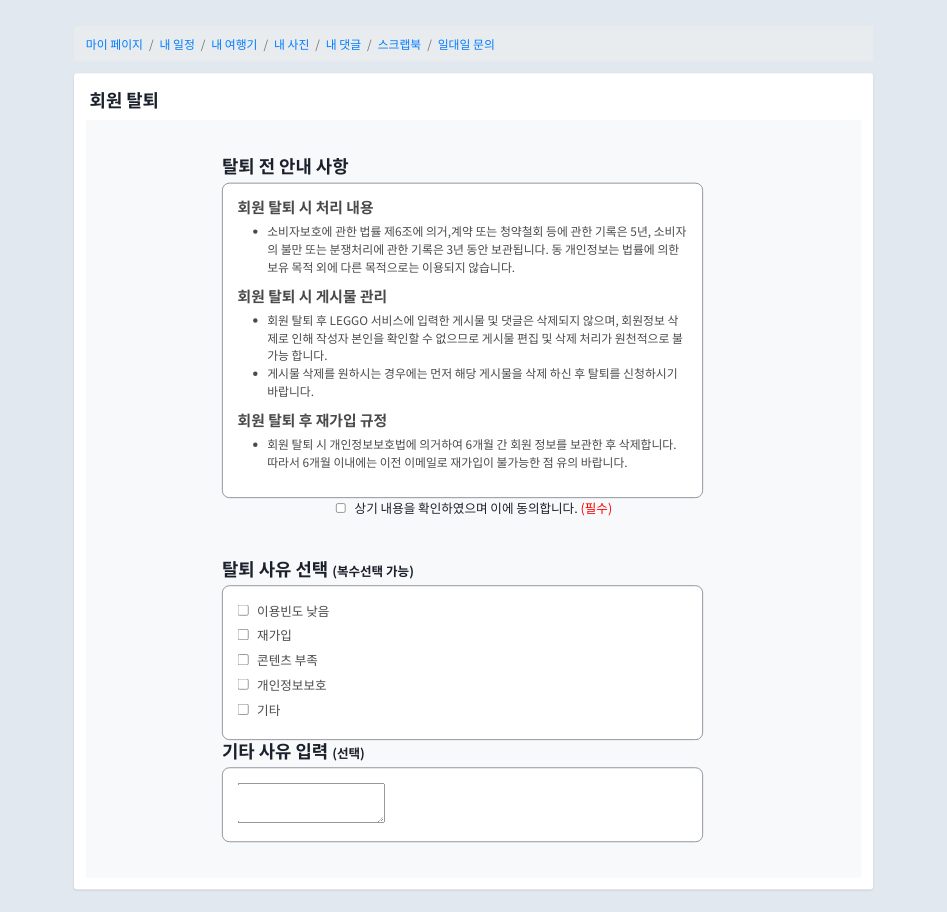
Repository: jangseohyun/LEGGO_2021
Page: http://localhost/PrjApp/Quit.jsp
An editor plug-in stored every save of this project. The page is shown before and after the next save, followed by the edit.
The browser window is 1280 px wide. The pictures show the whole page, at 74% of full size.
Some web libraries are served in a nearby version. The page is served by Tomcat 9. Other server files are loaded and not shown.

Above is the page before, as saved 2021-06-30 14:43:48.

### PrjApp/WebContent/Quit.jsp
<%@ page contentType="text/html; charset=UTF-8"%>
<%@ taglib prefix="c" uri="http://java.sun.com/jsp/jstl/core"%>
<%
	request.setCharacterEncoding("UTF-8");
String cp = request.getContextPath();
%>
<!DOCTYPE html>
<head>
<meta charset="utf-8">
<!--  This file has been downloaded from bootdey.com @bootdey on twitter -->
<!--  All snippets are MIT license http://bootdey.com/license -->
<title>Quit.jsp</title>
<meta name="viewport" content="width=device-width, initial-scale=1">
<script src="https://code.jquery.com/jquery-1.10.2.min.js"></script>
<link
	href="https://cdn.jsdelivr.net/npm/bootstrap@4.4.1/dist/css/bootstrap.min.css"
	rel="stylesheet">
<script
	src="https://cdn.jsdelivr.net/npm/bootstrap@4.4.1/dist/js/bootstrap.bundle.min.js"></script>
<link rel="preconnect" href="https://fonts.googleapis.com">
<link rel="preconnect" href="https://fonts.gstatic.com" crossorigin>
<link
	href="https://fonts.googleapis.com/css2?family=Noto+Sans+KR:wght@400;700&display=swap"
	rel="stylesheet">
</head>
<body>
	<div class="container">
		<div class="main-body">

			<!-- 상단 메뉴 -->
			<nav aria-label="breadcrumb" class="main-breadcrumb">
				<ol class="breadcrumb">
					<li class="breadcrumb-item" aria-current="page"><a
						href="/PrjApp/Profile.jsp">마이 페이지</a></li>
					<li class="breadcrumb-item"><a href="/PrjApp/MyPlan.jsp">내
							일정</a></li>
					<li class="breadcrumb-item"><a href="">내 여행기</a></li>
					<li class="breadcrumb-item"><a href="">내 사진</a></li>
					<li class="breadcrumb-item"><a href="">내 댓글</a></li>
					<li class="breadcrumb-item"><a href="">스크랩북</a></li>
					<li class="breadcrumb-item"><a href="">일대일 문의</a></li>
				</ol>
			</nav>

			<!-- 회원 탈퇴 -->
			<div class="card mb-3">
				<div class="card-body">
					<h4 style="display: inline-block; font-weight: bold; padding: 5px;">회원
						탈퇴</h4>
					<div class="album py-5 bg-light">
						<div class="container row justify-content-center">
							<div class="quit_box">
								<h4 style="clear: right; font-weight: bold;">탈퇴 전 안내 사항</h4>
							</div>
							<span class="border border-secondary"
								style="padding: 20px; width: 650px; background-color: white; border-radius: 10px;">
								<h5 style="font-weight: bold;">회원 탈퇴 시 처리 내용</h5>
								<ul>
									<li>소비자보호에 관한 법률 제6조에 의거,계약 또는 청약철회 등에 관한 기록은 5년, 소비자의 불만
										또는 분쟁처리에 관한 기록은 3년 동안 보관됩니다. 동 개인정보는 법률에 의한 보유 목적 외에 다른 목적으로는
										이용되지 않습니다.</li>
								</ul>
								<h5 style="font-weight: bold;">회원 탈퇴 시 게시물 관리</h5>
								<ul>
									<li>회원 탈퇴 후 LEGGO 서비스에 입력한 게시물 및 댓글은 삭제되지 않으며, 회원정보 삭제로 인해
										작성자 본인을 확인할 수 없으므로 게시물 편집 및 삭제 처리가 원천적으로 불가능 합니다.</li>
									<li>게시물 삭제를 원하시는 경우에는 먼저 해당 게시물을 삭제 하신 후 탈퇴를 신청하시기 바랍니다.</li>
								</ul>
								<h5 style="font-weight: bold;">회원 탈퇴 후 재가입 규정</h5>
								<ul>
									<li>회원 탈퇴 시 개인정보보호법에 의거하여 6개월 간 회원 정보를 보관한 후 삭제합니다. 따라서
										6개월 이내에는 이전 이메일로 재가입이 불가능한 점 유의 바랍니다.</li>
								</ul>
							</span>
						</div>
						<div class="text-center">
							<label style="font-size: 17px;"> <input type="checkbox"
								id="agreecheck" style="width: 15px; height: 13px;"
								value="agreed">&nbsp;&nbsp; 상기 내용을 확인하였으며 이에 동의합니다. <span
								style="color: red;">(필수)</span></label>
						</div><br><br>
						<div class="container row justify-content-center">
							<div class="quit_box">
								<h4 style="clear: right; font-weight: bold;">탈퇴 사유 선택 <span style="font-size: 17px;">(복수선택 가능)</span></h4>
							</div>
							<span class="border border-secondary"
								style="padding: 20px; width: 650px; background-color: white; border-radius: 10px;">
								 <label style="font-size: 17px;">
								 	<input type="checkbox" id="agreecheck" style="width: 15px; height: 15px;" value="agreed">&nbsp;&nbsp;
								 	이용빈도 낮음
								 </label><br>
								 <label style="font-size: 17px;">
								 	<input type="checkbox" id="agreecheck" style="width: 15px; height: 15px;" value="agreed">&nbsp;&nbsp;
								 	재가입
								 </label><br>
								 <label style="font-size: 17px;">
								 	<input type="checkbox" id="agreecheck" style="width: 15px; height: 15px;" value="agreed">&nbsp;&nbsp;
								 	콘텐츠 부족
								 </label><br>
								 <label style="font-size: 17px;">
								 	<input type="checkbox" id="agreecheck" style="width: 15px; height: 15px;" value="agreed">&nbsp;&nbsp;
								 	개인정보보호
								 </label><br>
								 <label style="font-size: 17px;">
								 	<input type="checkbox" id="agreecheck" style="width: 15px; height: 15px;" value="agreed">&nbsp;&nbsp;
								 	기타
								 </label>
							</span>
						</div>
						<div class="container row justify-content-center">
							<div class="quit_box">
								<h4 style="clear: right; font-weight: bold;">기타 사유 입력 <span style="font-size: 17px;">(선택)</span></h4>
							</div>
							<span class="border border-secondary"
								style="padding: 20px; width: 650px; background-color: white; border-radius: 10px;">
								<textarea width="500"></textarea>
							</span>
						</div>
					</div>
				</div>
			</div>
		</div>
	</div>

<style type="text/css">

body {
	margin-top: 20px;
	color: #1a202c;
	text-align: left;
	background-color: #e2e8f0;
	font-family: 'Noto Sans KR', sans-serif;
}

.quit_box {
	width: 650px;
}

.border {
	color: #4a4a4a;
}

.main-body {
	padding: 15px;
}

.card {
	box-shadow: 0 1px 3px 0 rgba(0, 0, 0, .1), 0 1px 2px 0
		rgba(0, 0, 0, .06);
}

.card {
	position: relative;
	display: flex;
	flex-direction: column;
	min-width: 0;
	word-wrap: break-word;
	background-color: #fff;
	background-clip: border-box;
	border: 0 solid rgba(0, 0, 0, .125);
	border-radius: .25rem;
}

.card-body {
	flex: 1 1 auto;
	min-height: 1px;
	padding: 1rem;
}

.gutters-sm {
	margin-right: -8px;
	margin-left: -8px;
}

.gutters-sm>.col, .gutters-sm>[class*=col-] {
	padding-right: 8px;
	padding-left: 8px;
}

.mb-3, .my-3 {
	margin-bottom: 1rem !important;
}

.bg-gray-300 {
	background-color: #e2e8f0;
}

.h-100 {
	height: 100% !important;
}

.shadow-none {
	box-shadow: none !important;
}

.w-90 {
	width: 90% !important;
}
</style>
</body>
</html>

After the next save:
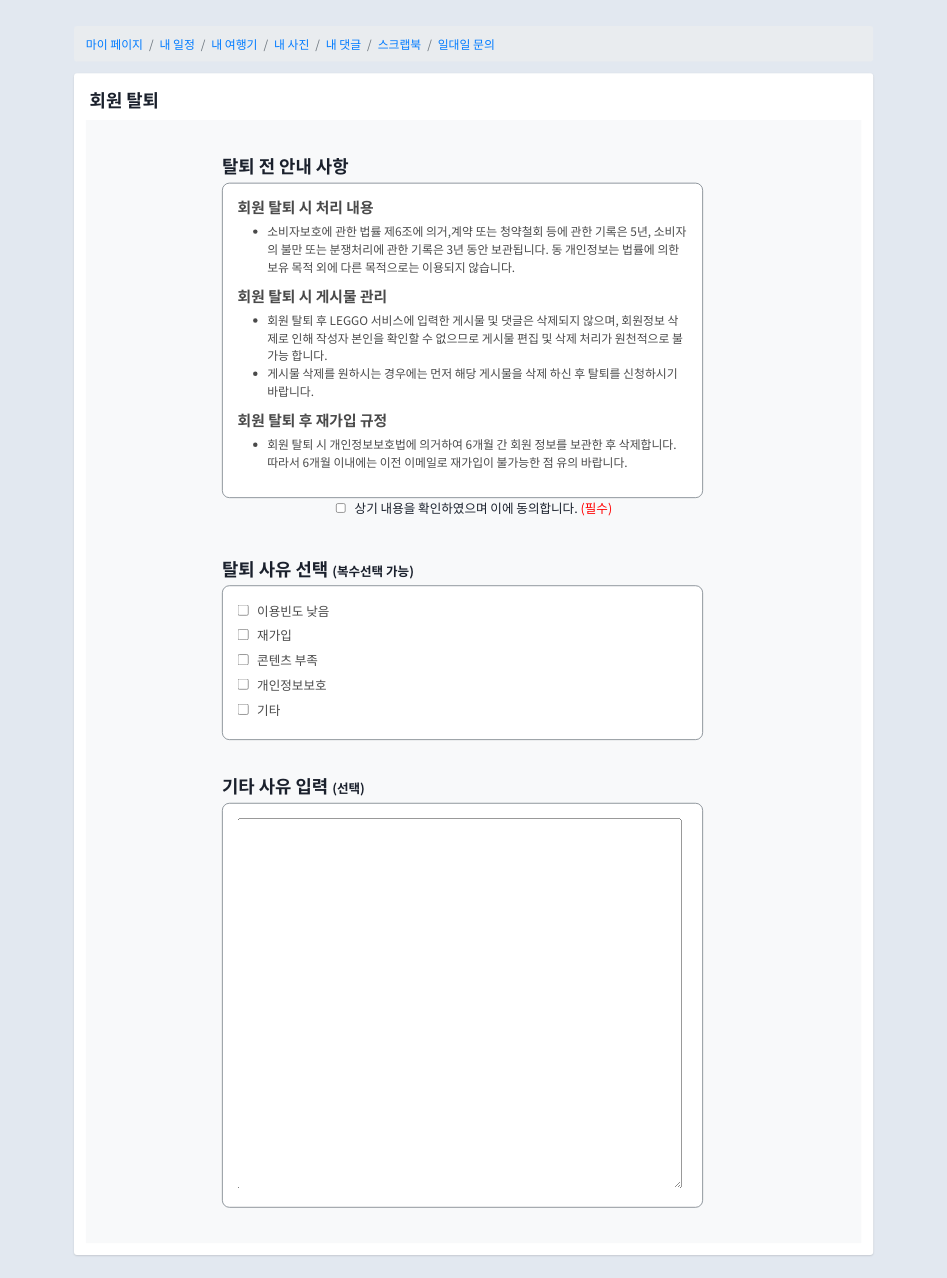
Saved 26 s later.
--- a/PrjApp/WebContent/Quit.jsp
+++ b/PrjApp/WebContent/Quit.jsp
@@ -106,14 +106,14 @@ String cp = request.getContextPath();
 								 	기타
 								 </label>
 							</span>
-						</div>
+						</div><br><br>
 						<div class="container row justify-content-center">
 							<div class="quit_box">
 								<h4 style="clear: right; font-weight: bold;">기타 사유 입력 <span style="font-size: 17px;">(선택)</span></h4>
 							</div>
 							<span class="border border-secondary"
 								style="padding: 20px; width: 650px; background-color: white; border-radius: 10px;">
-								<textarea width="500"></textarea>
+								<textarea style="width: 600px; height: 500px;"></textarea>
 							</span>
 						</div>
 					</div>
